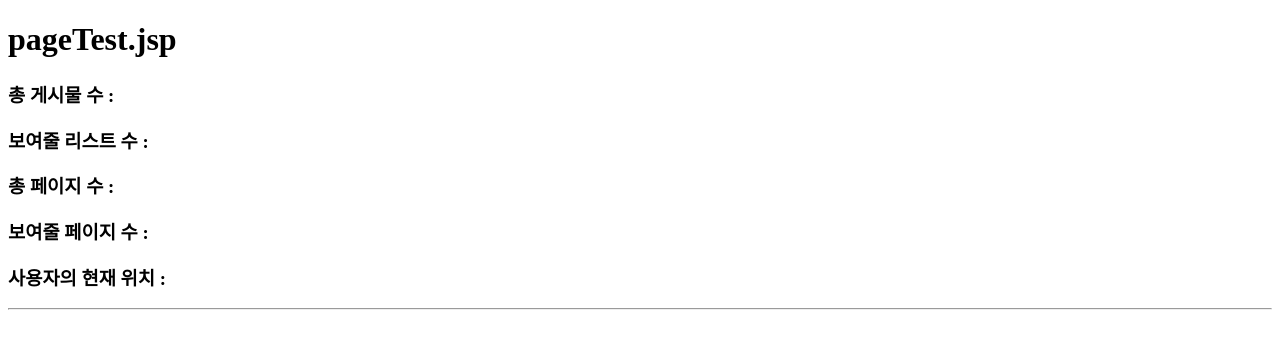
Repository: Rege-97/test
Page: http://localhost/myweb/pageTest.jsp
The author's editor kept a copy of each file at every save. The page is drawn from the files as they stood at one save, then again after the next save.
The browser window is 1280 px wide. The pictures show the whole page.
The page is served by Tomcat 9. Other server files are loaded and not shown.

Above is the page before, as saved 2025-03-24 03:12:36.

### myweb/src/main/webapp/pageTest.jsp
<%@ page language="java" contentType="text/html; charset=UTF-8" pageEncoding="UTF-8"%>
<!DOCTYPE html>
<html>
<head>
<meta charset="UTF-8">
<title>Insert title here</title>
</head>
<%
// 총 게시물 수
int totalCnt = 43; // db로부터 조회

//보여줄 리스트 수
int listSize = 5;

// 총 페이지 수
int totalPage = (totalCnt / listSize) + 1;
if(totalCnt%listSize==0) totalPage--;
%>
<body>
	<h1>pageTest.jsp</h1>
	<h3>총 게시물 수 :</h3>
	<h3>보여줄 리스트 수 :</h3>
	<h3>총 페이지 수 :</h3>
	<h3>보여줄 페이지 수 :</h3>
	<h3>사용자의 현재 위치 :</h3>
	<hr>
</body>
</html>

After the next save:
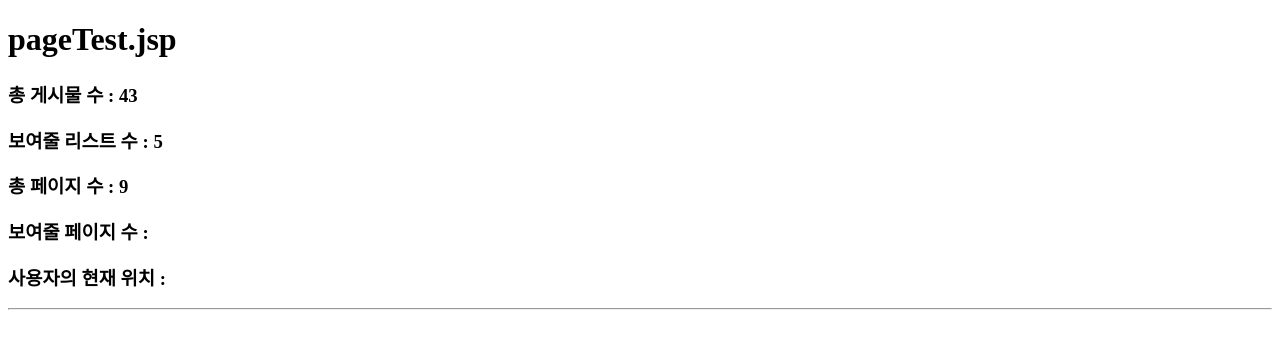
Saved 32 s later.
--- a/myweb/src/main/webapp/pageTest.jsp
+++ b/myweb/src/main/webapp/pageTest.jsp
@@ -14,13 +14,16 @@
 
 // 총 페이지 수
 int totalPage = (totalCnt / listSize) + 1;
-if(totalCnt%listSize==0) totalPage--;
+if (totalCnt % listSize == 0)
+	totalPage--;
+
+
 %>
 <body>
 	<h1>pageTest.jsp</h1>
-	<h3>총 게시물 수 :</h3>
-	<h3>보여줄 리스트 수 :</h3>
-	<h3>총 페이지 수 :</h3>
+	<h3>총 게시물 수 : <%=totalCnt %></h3>
+	<h3>보여줄 리스트 수 : <%=listSize %></h3>
+	<h3>총 페이지 수 : <%=totalPage %></h3>
 	<h3>보여줄 페이지 수 :</h3>
 	<h3>사용자의 현재 위치 :</h3>
 	<hr>
